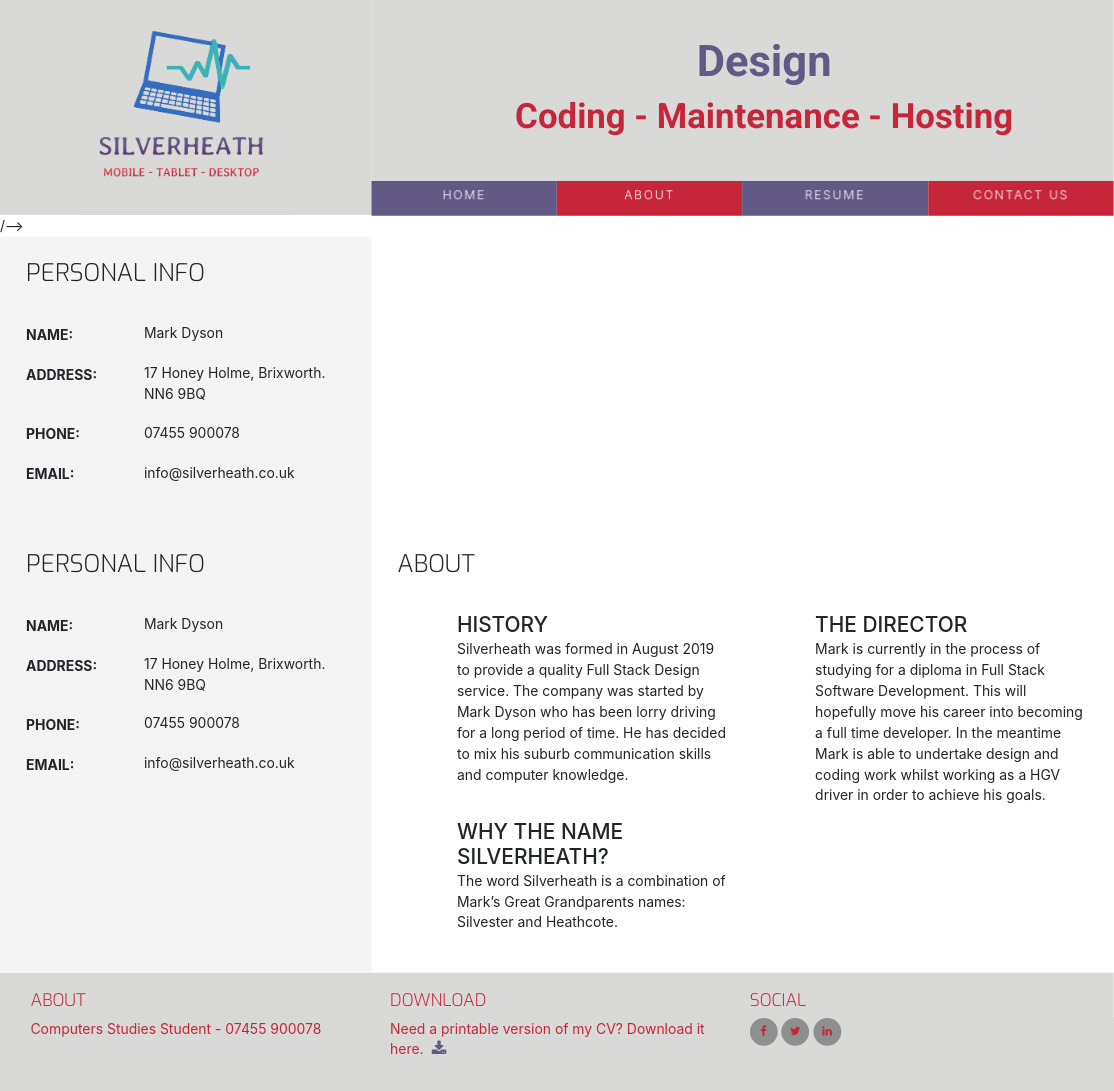
Repository: Code-Institute-Submissions/silverheath
Page: about.html
The author's editor kept a record of every edit. The page is drawn from the files as they stood at one moment, then again after the next edit.
The browser window is 1280 px wide. The pictures show the whole page, at 87% of full size.
Some web libraries are served in a nearby version.

Above is the page before.

After the next edit:
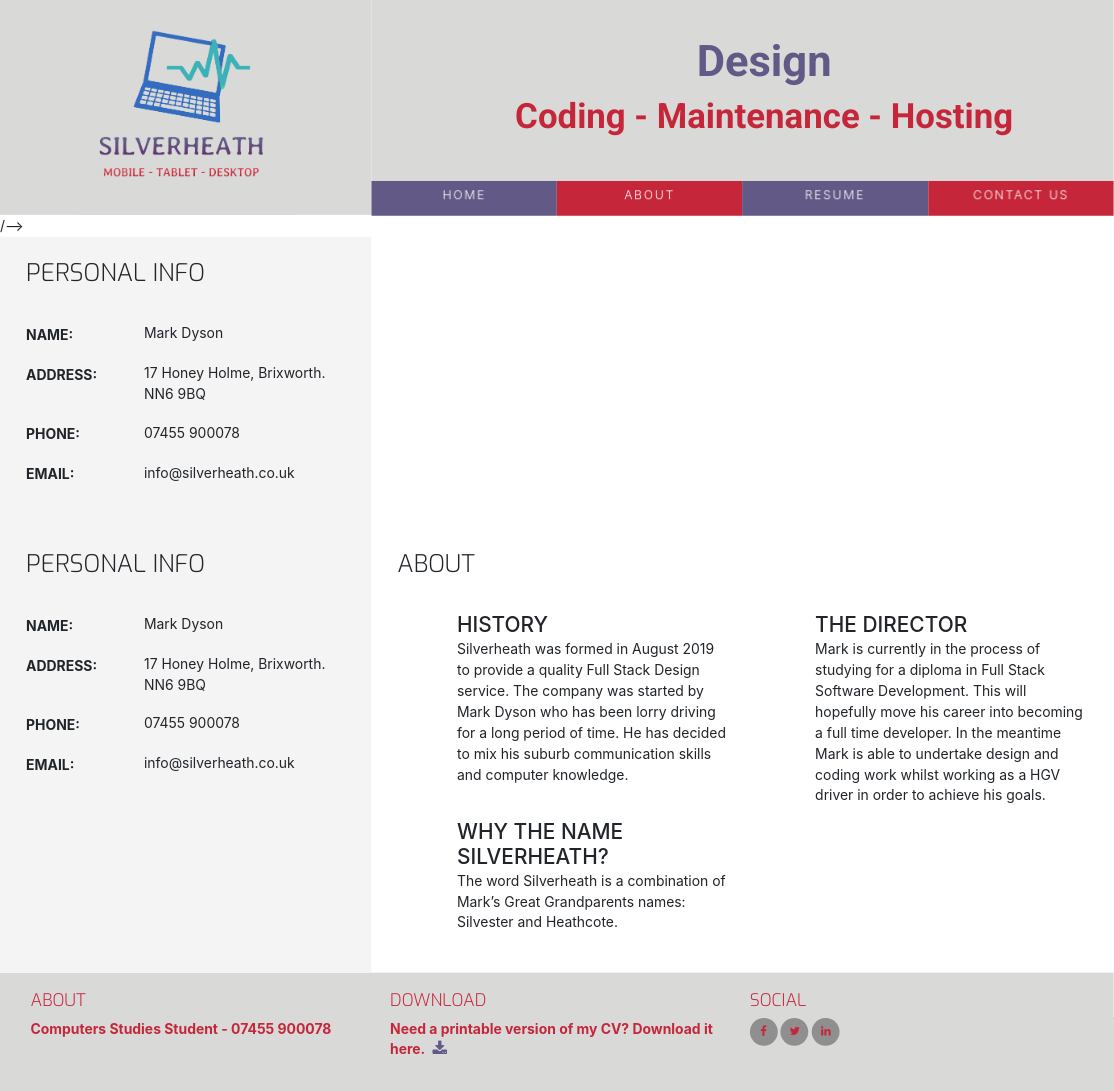
The edit:
--- a/assets/css/style.css
+++ b/assets/css/style.css
@@ -302,8 +302,8 @@
 #footer-details {
     padding: 20px;
       background-color: #D9D9D8;
-      color: 	#C52639
-      font weight:bold ;
+      color: 	#C52639;
+      font-weight:bold ;
 }
 
 
